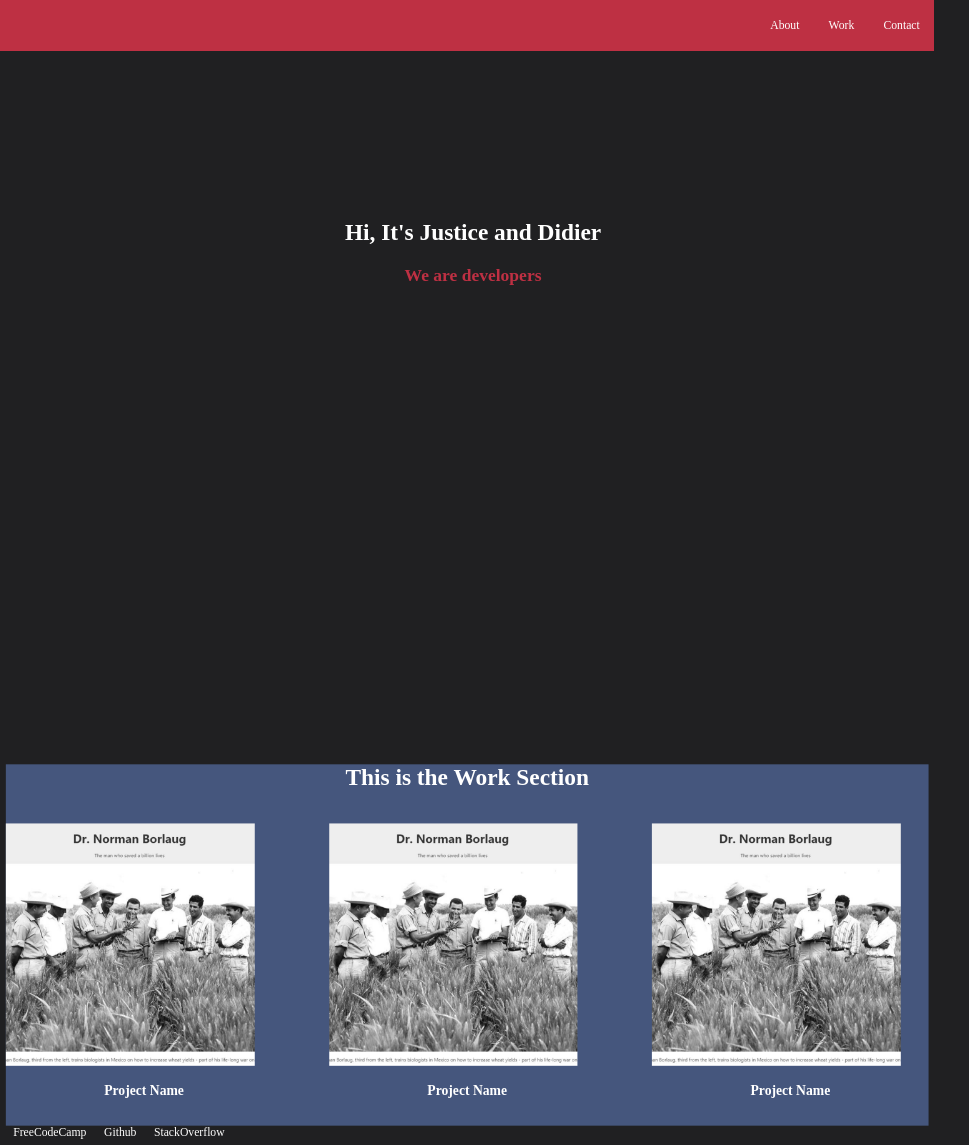
Repository: justicebhekani88/microverse_portfolio_project
Page: index.html
An editor plug-in stored every save of this project. The page is shown before and after the next save, followed by the edit.
The browser window is 1280 px wide. The page is 1288 px wide, then 1328 px, then 1288 px, so the pictures cover 1328 px, including what lies to the right of the window. The pictures show the whole page, at 73% of full size.

Above is the page before, as saved 2022-07-21 15:29:52.

### index.html
<!DOCTYPE html>
<html lang="en">

<head>
    <meta charset="UTF-8">
    <meta http-equiv="X-UA-Compatible" content="IE=edge">
    <meta name="viewport" content="width=device-width, initial-scale=1.0">
    <link rel="stylesheet" href="style.css">
    <title>Portfolio Project</title>
</head>

<body>
    <nav id="navbar">
        <ul id="nav-list">
            <li><a href="#welcome-section">About</a></li>
            <li><a href="#projects">Work</a></li>
            <li><a href="#contact">Contact</a></li>
        </ul>
    </nav>
    <div id="main">
        <section id="welcome-section">
            <div id="welcome-text">
                <h1>Hi, It's Justice and Didier</h1>
                <h2>We are developers</h2>
            </div>
        </section>
        <section id="projects">
            <h1>This is the Work Section</h1>
            <div id="projects-display">
            <div class="project-tile">
                <a href="">
                    <div>
                        <img src="project.png" alt="Project Image">
                        <h3>Project Name</h3>
                    </div>
                </a>
            </div>
            <div class="project-tile">
                <a href="">
                    <div>
                        <img src="project.png" alt="Project Image">
                        <h3>Project Name</h3>
                    </div>
                </a>
            </div>
            <div class="project-tile">
                <a href="">
                    <div>
                        <img src="project.png" alt="Project Image">
                        <h3>Project Name</h3>
                    </div>
                </a>
            </div>
            </div>
        </section>
        <section>
            <a href="#" id="profile-link" target="_blank">FreeCodeCamp</a>
            <a href="#" id="profile-link" target="_blank">Github</a>
            <a href="#" id="profile-link" target="_blank">StackOverflow</a>
        </section>
    </div>

</body>

</html>

### style.css
body {
    background-color: #202022;
    overflow-x: hidden;
}

nav {
    color: white;
    display: flex;
    justify-content: flex-end;
    position: fixed;
    top: 0;
    left: 0;
    width: 100%;
    background: #BE3043;
}

#nav-list {
    display: flex;
}

li,
a {
    list-style: none;
    color: white;
    padding: 10px;
    text-decoration: none;
}

#welcome-section {
    width: 100vw;
    height: 100vh;
}

h1 {
    color: white;
    font-size: 2rem;
    text-align: center;
}

h2 {
    color: #BE3043;
    font-size: 1.5rem;
}

h3 {
    text-align: center;
}

#welcome-text {
    margin: 300px 30%;
    text-align: center;
}

#projects {
    background: #45567D;
    justify-content: center;
}

#projects-display {
    display: grid;
    grid-template-columns: repeat(auto-fit, minmax(320px, 1fr));
    grid-gap: 4rem;
}

img {
    width: 90%
}

/* @media only screen and (min-width: 600px) {
    #main {
        padding: 10px;
    }
}

@media only screen and (min-width: 1280px) {
    #main {
        padding: 40px;
    }
    nav {
        font-size: larger;
    }
} */

After the next save:
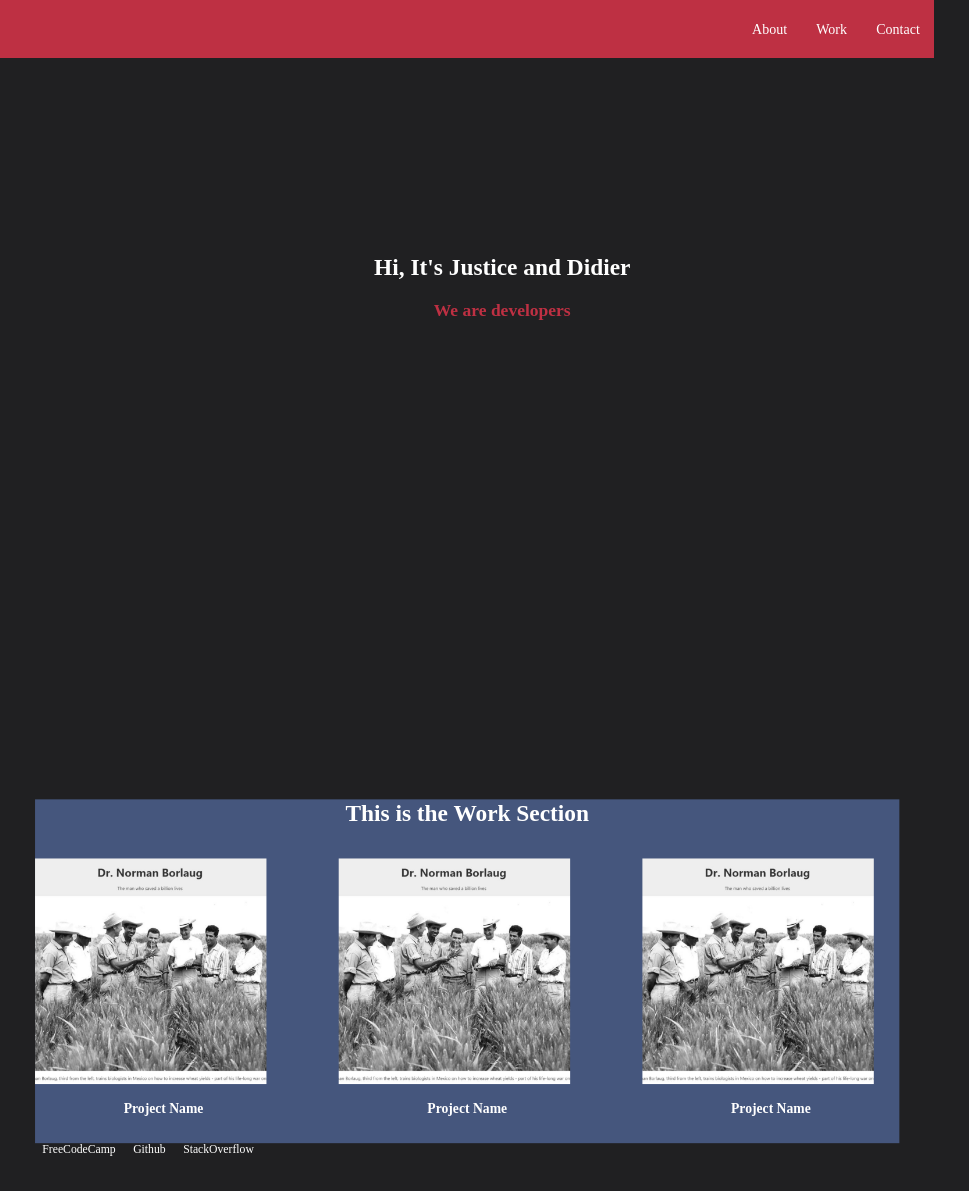
Saved 7 s later.
--- a/style.css
+++ b/style.css
@@ -66,7 +66,7 @@
     width: 90%
 }
 
-/* @media only screen and (min-width: 600px) {
+@media only screen and (min-width: 600px) {
     #main {
         padding: 10px;
     }
@@ -79,4 +79,4 @@
     nav {
         font-size: larger;
     }
-} */
+}

After the save that followed:
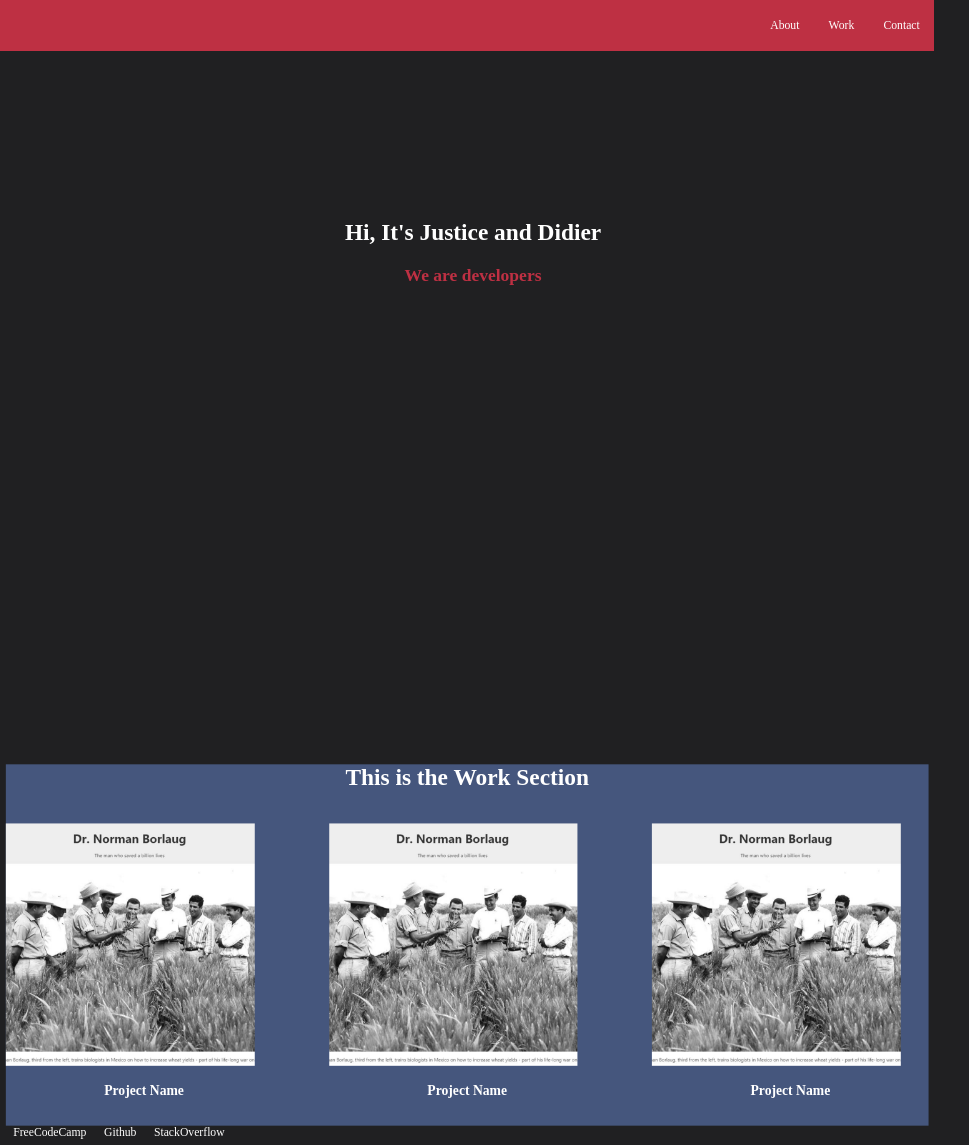
Saved 4 s later.
--- a/style.css
+++ b/style.css
@@ -66,7 +66,7 @@
     width: 90%
 }
 
-@media only screen and (min-width: 600px) {
+/* @media only screen and (min-width: 600px) {
     #main {
         padding: 10px;
     }
@@ -79,4 +79,4 @@
     nav {
         font-size: larger;
     }
-}
+} */
